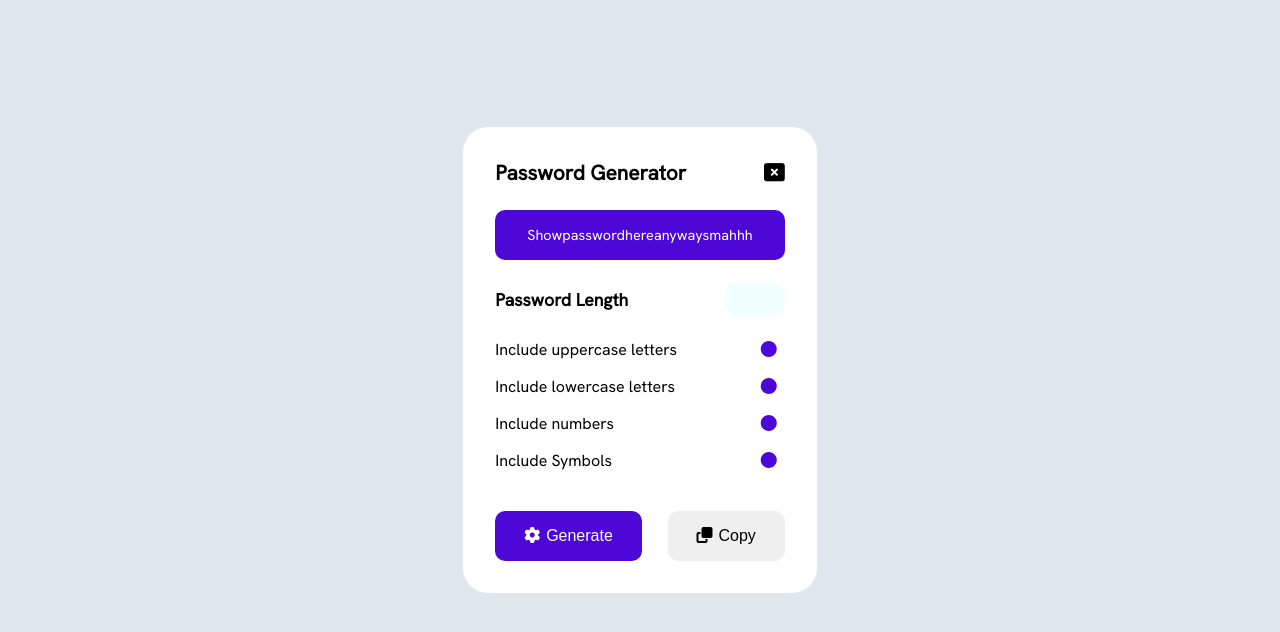
Repository: emiliaiwu/password_generator
Page: index.html
The author's editor kept a copy of each file at every save. The page is drawn from the files as they stood at one save, then again after the next save.
The browser window is 1280 px wide. The pictures show the whole page.
Some web libraries are served in a nearby version.

Above is the page before, as saved 2022-12-14 04:58:41.

After the next save:
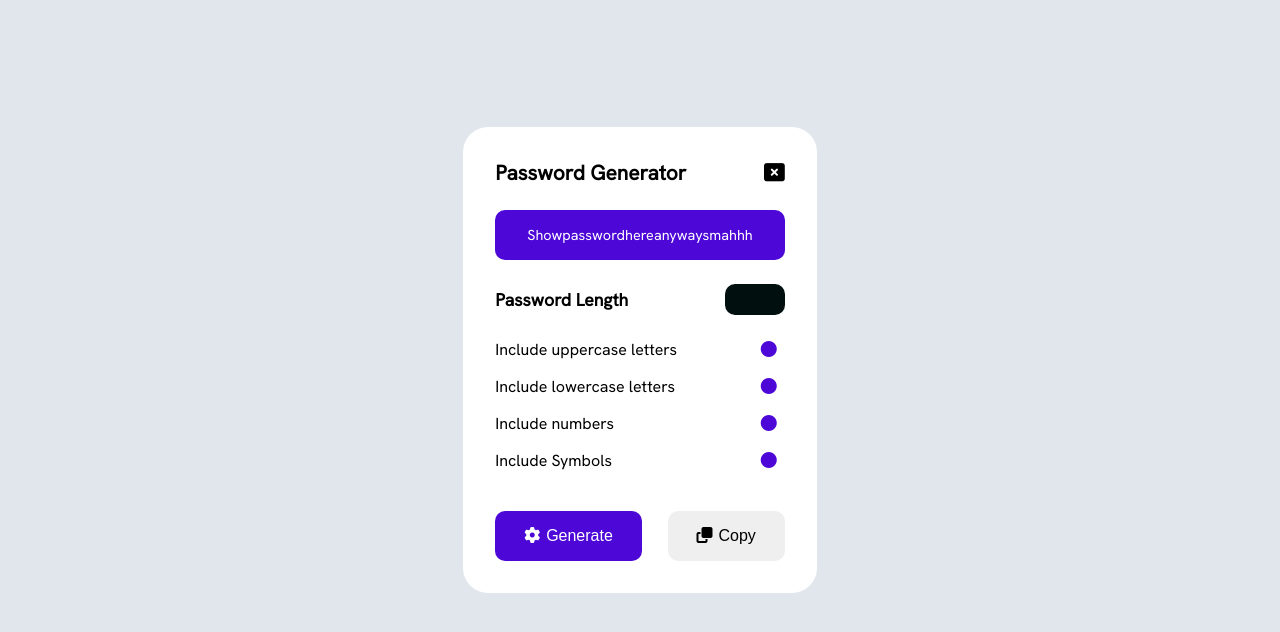
Saved 8 s later.
--- a/style.css
+++ b/style.css
@@ -84,7 +84,7 @@ label,
     font-size: 1.1rem;
     border: 2px solid #000;
     border-radius: 10px;
-    background-color: azure;
+    background-color: rgb(1, 15, 15);
     border: none;
 }
 
